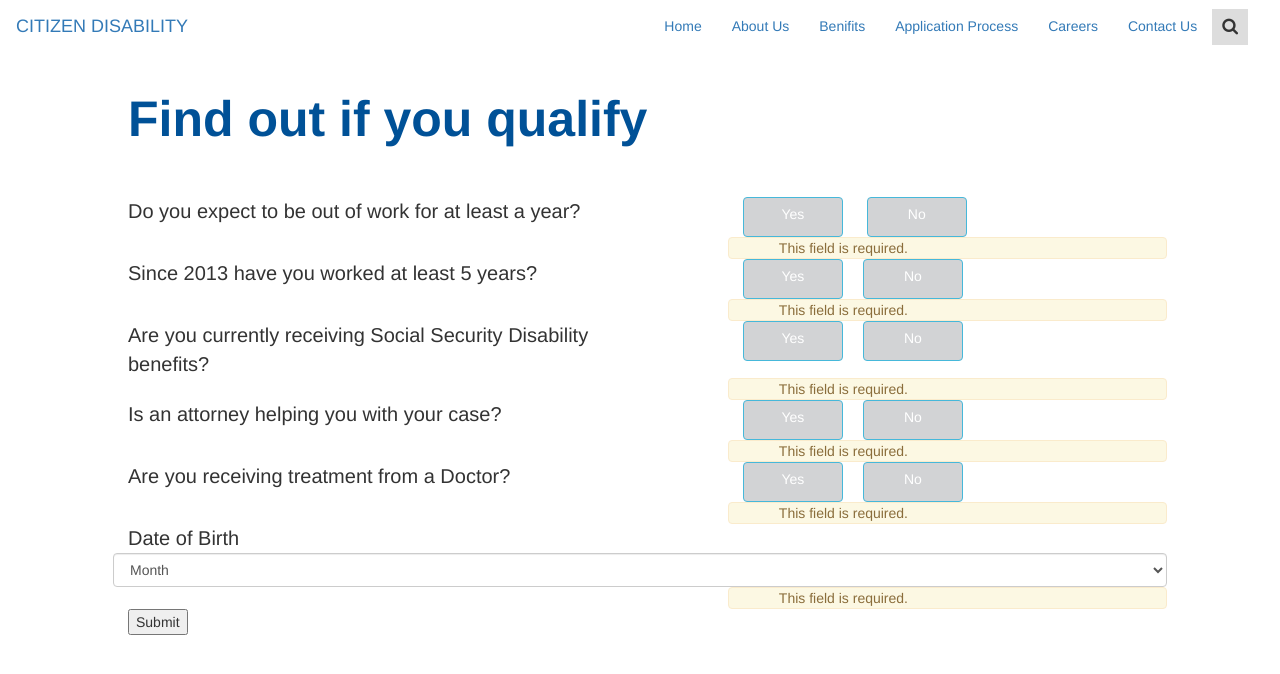
Repository: welcome0605/Embed-html-integrate-with-API
Page: Home.html
The author's editor kept a copy of each file at every save. The page is drawn from the files as they stood at one save, then again after the next save.
The browser window is 1280 px wide. The pictures show the whole page.

Above is the page before, as saved 2019-04-27 16:58:48.

### Home.html
<!DOCTYPE html>
<html lang="en">
<head>
  <title>CITIZEN DISABILITY</title>
  <meta charset="utf-8">
  <meta name="viewport" content="width=device-width, initial-scale=1">
  <link rel="stylesheet" href="https://maxcdn.bootstrapcdn.com/bootstrap/3.4.0/css/bootstrap.min.css">
  <script src="https://ajax.googleapis.com/ajax/libs/jquery/3.3.1/jquery.min.js"></script>
  <script src="https://maxcdn.bootstrapcdn.com/bootstrap/3.4.0/js/bootstrap.min.js"></script>
  <link rel = "stylesheet" type = "text/css" href = "./css/base.css" />
  <link rel="stylesheet" href="https://cdnjs.cloudflare.com/ajax/libs/font-awesome/4.7.0/css/font-awesome.min.css">
  <script src="https://ajax.googleapis.com/ajax/libs/jquery/3.3.1/jquery.min.js"></script>
  <script>
    $(document).ready(function() {
      // console.log("this");
      $('#month').append("<option value='Jan'>Jan</option>");
    });
  </script>
</head>
<body>

<nav class="navbar navbar-info">
  <div class="container-fluid">
    <div class="navbar-header">
      <a class="navbar-brand" href="Home.html">CITIZEN DISABILITY</a>
    </div>
    <ul class="nav navbar-nav div_right">
      <li class="active"><a href="Home.html">Home</a></li>
      <li><a href="About Us.html">About Us</a></li>
      <li><a href="Benifits.html">Benifits</a></li>
      <li><a href="Application Process.html">Application Process</a></li>
      <li><a href="Careers.html">Careers</a></li>
      <li><a href="Contact Us.html">Contact Us</a></li>
      <!-- <input type="text" placeholder="Search.." name="search"> -->
      <button type="button"><i class="fa fa-search"></i></button>
    </ul>
  </div>
</nav>

<div class="container">
  <!-- <h3>Basic Navbar Example1</h3>
  <p>A navigation bar is a navigation header that is placed at the top of the page.</p> -->
  <form method="POST">
    <!-- <div class="div_entire"> -->
      <div class="row"><h2 class="title">Find out if you qualify</h2></div>
      <div class="row radio_buttons" >
        <div class="row">
          <div class="col-md-6 div_label">Do you expect to be out of work for at least a year?</div>
          <div class="col-md-1"></div>
          <div class="col-md-5 " data-toggle="buttons">
            <label class="btn btn-info radio_q"><input type="radio"  value="Yes"  class="form_input valid" >Yes</label>
            <label class="btn btn-info radio_q"><input type="radio"  value="No"  class="form_input valid" >No</label>
          </div>
        </div>
        <div class="row">
          <div class="col-md-7"></div>
          <div class="alert alert-warning col-md-5 alert1">
            This field is required.
          </div>
        </div>
      </div>

      <div class="row radio_buttons" >
        <div class="row">
          <div class="col-md-6 div_label">Since 2013 have you worked at least 5 years?</div>
          <div class="col-md-1"></div>
          <div class="col-md-5 btn-group-toggle" data-toggle="buttons">
            <label class="btn btn-info radio_q"><input type="radio"  value="Yes"  class="form_input valid" >Yes</label>
            <label class="btn btn-info radio_q"><input type="radio"  value="No"  class="form_input valid" >No</label>
          </div>
        </div>
        <div class="row">
          <div class="col-md-7"></div>
          <div class="alert alert-warning col-md-5 alert2">
            This field is required.
          </div>
        </div>
      </div>

      <div class="row radio_buttons" >
        <div class="row">
          <div class="col-md-6 div_label">Are you currently receiving Social Security Disability benefits?</div>
          <div class="col-md-1"></div>
          <div class="col-md-5 btn-group-toggle" data-toggle="buttons">
            <label class="btn btn-info radio_q"><input type="radio"  value="Yes"  class="form_input valid" >Yes</label>
            <label class="btn btn-info radio_q"><input type="radio"  value="No"  class="form_input valid" >No</label>
          </div>
        </div>
        <div class="row">
          <div class="col-md-7"></div>
          <div class="alert alert-warning col-md-5 alert3">
            This field is required.
          </div>
        </div>
      </div>
      <div class="row radio_buttons" >
        <div class="row">
          <div class="col-md-6 div_label">Is an attorney helping you with your case?</div>
          <div class="col-md-1"></div>
          <div class="col-md-5 btn-group-toggle" data-toggle="buttons">
            <label class="btn btn-info radio_q"><input type="radio"  value="Yes"  class="form_input valid" >Yes</label>
            <label class="btn btn-info radio_q"><input type="radio"  value="No"  class="form_input valid" >No</label>
          </div>
        </div>
        <div class="row">
          <div class="col-md-7"></div>
          <div class="alert alert-warning col-md-5 alert4">
            This field is required.
          </div>
        </div>
      </div>
      <div class="row radio_buttons" >
        <div class="row">
          <div class="col-md-6 div_label">Are you receiving treatment from a Doctor?</div>
          <div class="col-md-1"></div>
          <div class="col-md-5 btn-group-toggle" data-toggle="buttons">
            <label class="btn btn-info radio_q"><input type="radio"  value="Yes"  class="form_input valid" >Yes</label>
            <label class="btn btn-info radio_q"><input type="radio"  value="No"  class="form_input valid" >No</label>
          </div>
        </div>
        <div class="row">
          <div class="col-md-7"></div>
          <div class="alert alert-warning col-md-5 alert5">
            This field is required.
          </div>
        </div>
      </div>
      <div class="row">
        <div class="row">
          <div class="col-md-6 div_label">Date of Birth</div>
          <div class="col-md-6"></div>
        </div>
        <div class="row">
            <select class="form-control" id="month">
              <option value="month">Month</option>
              <option value="Jan">Jan</option>
              <option value="Feb">Feb</option>
              <option value="Mar">Mar</option>
              <option value="Apr">Apr</option>
              <option value="May">May</option>
              <option value="Jun">Jun</option>
              <option value="Jly">Jly</option>
              <option value="Aug">Aug</option>
              <option value="Sep">Sep</option>
              <option value="Oct">Oct</option>
              <option value="Nov">Nov</option>
              <option value="Dec">Dec</option>
            </select>
        </div>
        <div class="row">
          <div class="col-md-7"></div>
          <div class="alert alert-warning col-md-5 alert5">
            This field is required.
          </div>
        </div>
      </div>
      <div class="row">
        <input type="submit" >
      </div>
      <!-- <input type="submit" value="Submit"> -->
    <!-- </div> -->
  </form>
</div>

</body>
</html>

### css/base.css
navbar-default .navbar-nav>.active>a, .navbar-default .navbar-nav>.active>a:focus, .navbar-default .navbar-nav>.active>a:hover {
    background-color: #005197 !important;
    color: white;
}

.navbar-default .navbar-nav>li>a {
    color: black;
    font-size: 20px;
}

.div_right input[type=text] {
    padding: 6px;
    margin-top: 8px;
    font-size: 17px;
    border: none;
}

.div_right button {
    float: right;
    padding: 6px 10px;
    margin-top: 8px;
    margin-right: 16px;
    background: #ddd;
    font-size: 17px;
    border: none;
    cursor: pointer;
}

.div_right {
    float: right;
}

/* .radio_buttons {
    display: inline-flex;
} */

.div_label {
    font-size: 20px;
    /* margin-right: 500px; */
}

.btn-group-toggle {
    display: inline-flex;
}

.radio_q {
    width: 500px;
    margin-right: 20px;
    width: 100px;
    height: 40px;
}

.radio_q {
    background: #D2D3D5 !important;
}

.radio_q:active {
    background: #85898C !important;
}

.radio_q::after {
    background: #85898C !important;
}

.title {
    color: #005197;
    font-weight: 700;
    margin-bottom: 50px;
    font-size: 50px;
}

.container {
    margin: auto 10% auto 10% !important;
    width: 80%;
}

.alert {
    padding: 0 0 0 50px;
    margin-bottom: 0;
}

After the next save:
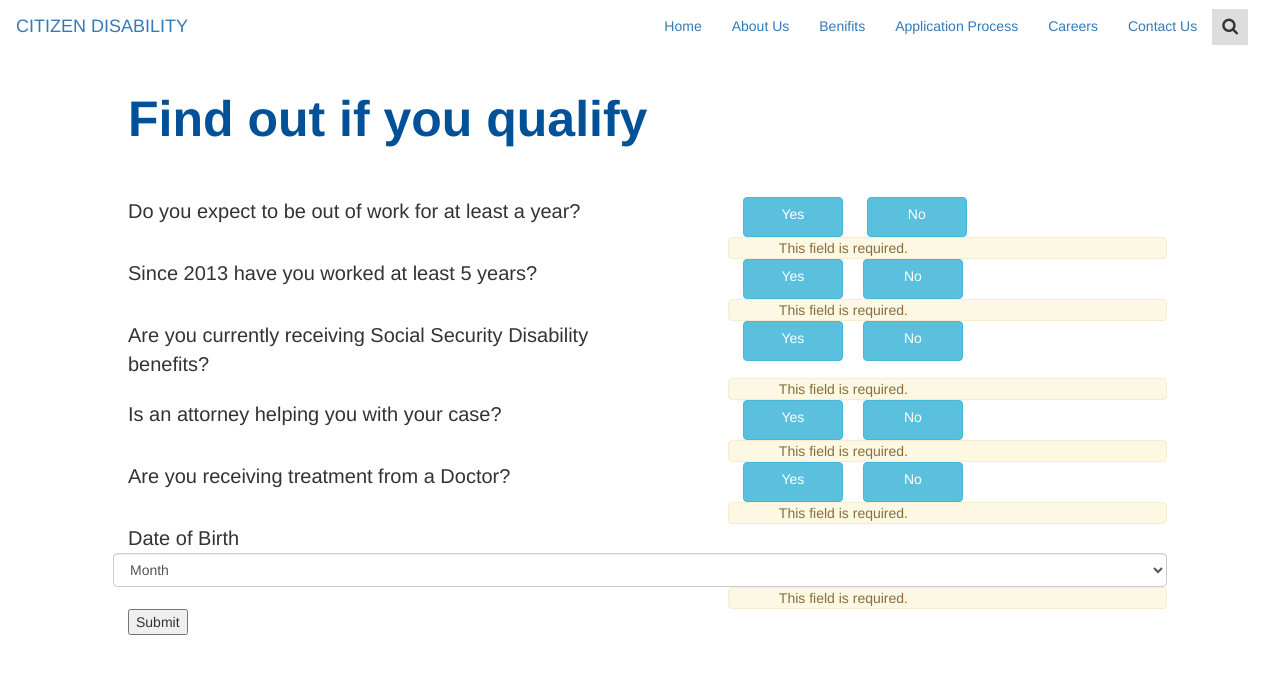
Saved 79 s later.
--- a/css/base.css
+++ b/css/base.css
@@ -50,7 +50,7 @@ navbar-default .navbar-nav>.active>a, .navbar-default .navbar-nav>.active>a:focu
     height: 40px;
 }
 
-.radio_q {
+/* .radio_q {
     background: #D2D3D5 !important;
 }
 
@@ -60,7 +60,7 @@ navbar-default .navbar-nav>.active>a, .navbar-default .navbar-nav>.active>a:focu
 
 .radio_q::after {
     background: #85898C !important;
-}
+} */
 
 .title {
     color: #005197;
